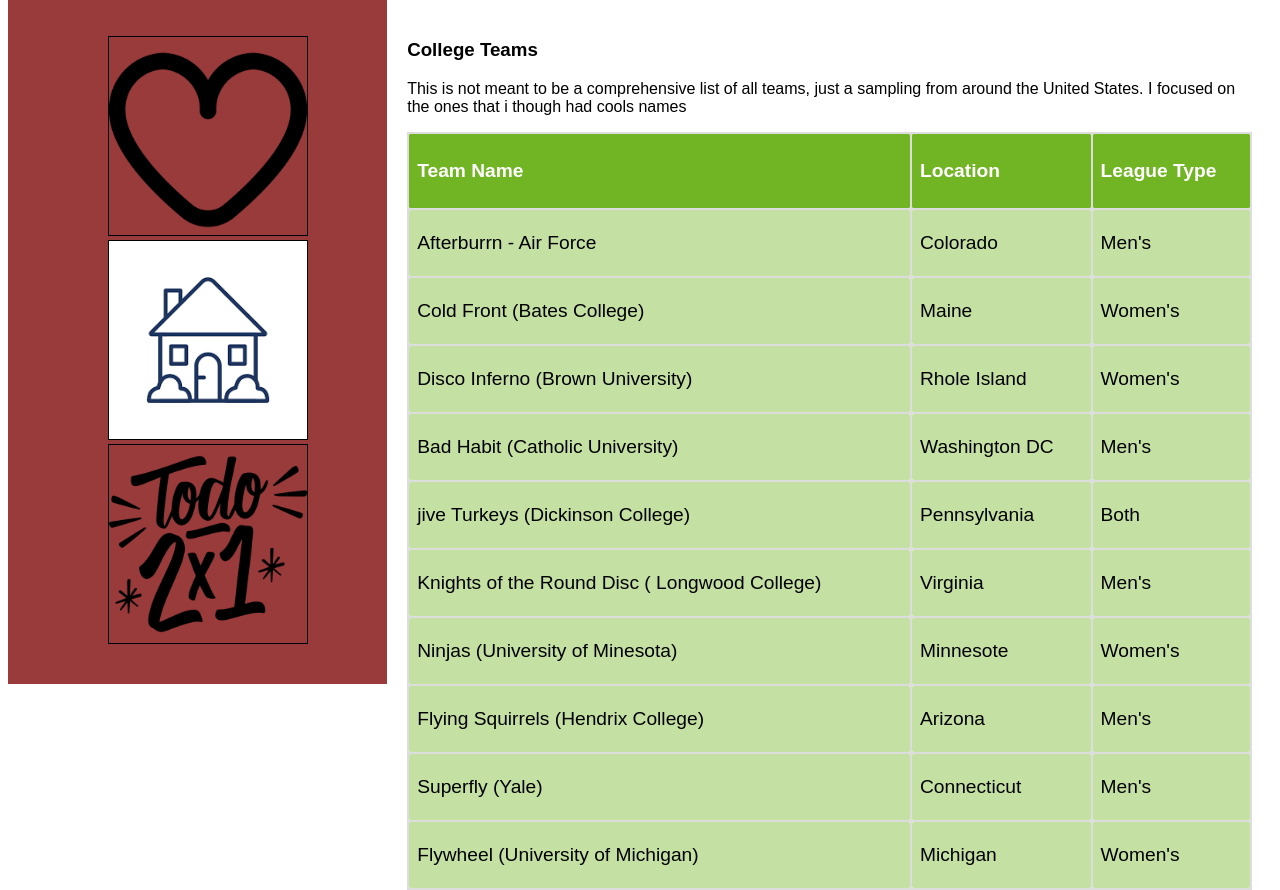
Repository: Tram-anh99/Blockchain_Funix
Page: CSS/Lab6_2.html
An editor plug-in stored every save of this project. The page is shown before and after a run of saves, followed by the edit.
The browser window is 1280 px wide. The pictures show the part of the page from y = 342 to 1232 px (the page is 1232 px tall).

Above is the page before, as saved 2023-07-20 00:51:03.

### CSS/Lab6_2.html
<!DOCTYPE html>
<html lang="en">
      <head>
            <title></title>
            <meta charset="UTF-8">
            <meta name="viewport" content="width=device-width, initial-scale=1">
            <link href="Lab6_2.css" rel="stylesheet">
      </head>
      <body>
            <header>
                  <h1>ULIMATE FRISBEE TEAMS</h1>
                  <div>
                        <p>Home</p>
                        <p>Teams</p>
                        <p>History</p>
                        <p>USA Ultimate</p>
                  </div>
            </header>
            <section>
                  <nav>
                        <ul>
                          <ol><img src="./img/heart.png" alt=""></ol>
                          <ol><img src="./img/images.png" alt=""></ol>
                          <ol><img src="./img/sales.png" alt=""></ol>
                        </ul>
                      </nav>

                      <article>
                        <h1>College Teams</h1>
                        <p>This is not meant to be a comprehensive list of all teams, just a sampling from around the United States. I focused on the ones that i though had cools names</p>
                        <table>
                              <tr>
                                    <th>Team Name</th>
                                    <th>Location</th>
                                    <th>League Type</th>
                              </tr>
                              <tr>
                                    <td>Afterburrn - Air Force</td>
                                    <td>Colorado</td>
                                    <td>Men's</td>
                              </tr>
                              <tr>
                                    <td>Cold Front (Bates College)</td>
                                    <td>Maine</td>
                                    <td>Women's</td>
                              </tr>
                              <tr>
                                    <td>Disco Inferno (Brown University)</td>
                                    <td>Rhole Island</td>
                                    <td>Women's</td>
                              </tr>
                              <tr>
                                    <td>Bad Habit (Catholic University)</td>
                                    <td>Washington DC</td>
                                    <td>Men's</td>
                              </tr>
                              <tr>
                                    <td>jive Turkeys (Dickinson College)</td>
                                    <td>Pennsylvania</td>
                                    <td>Both</td>
                              </tr>
                              <tr>
                                    <td>Knights of the Round Disc ( Longwood College)</td>
                                    <td>Virginia</td>
                                    <td>Men's</td>
                              </tr>
                              <tr>
                                    <td>Ninjas (University of Minesota)</td>
                                    <td>Minnesote</td>
                                    <td>Women's</td>
                              </tr>
                              <tr>
                                    <td>Flying Squirrels (Hendrix College)</td>
                                    <td>Arizona</td>
                                    <td>Men's</td>
                              </tr>
                              <tr>
                                    <td>Superfly (Yale)</td>
                                    <td>Connecticut</td>
                                    <td>Men's</td>
                              </tr>
                              <tr>
                                    <td>Flywheel (University of Michigan)</td>
                                    <td>Michigan</td>
                                    <td>Women's</td>
                              </tr>
                        </table>
                      </article>
            </section>
            <footer>

            </footer>
      </body>
</html>

### CSS/Lab6_2.css
* {
      box-sizing: border-box;
}

body {
      font-family: Arial, Helvetica, sans-serif;
}
header{
    /*
    margin: -20px;    */
    background-image:url("./img/img1.jpg") ;
    /* background-color: #666; */
    padding: 30px;
    text-align: center;
    font-size: 35px;
    color: white;
}
header h1 {
      text-align: center;
      font-style: inherit;
      font-size: larger;
      padding: 20px;
}
header p{
      margin: 30px;
      padding: 15px 35px;
      text-decoration: dotted;
      border-radius: 5px;
      opacity: inherit;
      text-align: center;
      display: inline-flex;
      justify-content:space-between;
      align-items: center;
      flex-flow: 1;
      background: rgba(60, 22, 228, 0.555);
      opacity: 5px;
}
nav  {
      /* margin-left: -7px;
      margin-right: 4px;
      float: left;
      width: 30%;
      height: 1000px;
      background: #ccc;
      padding: 20px;
      border: 1px solid red; */
      float: left;
      width: 30%;
      height: 100% ;
      background: #993b3b;
      padding: 20px;
    }
nav a{
      margin: 35px;
      padding: 15px 40px;
      border-radius: 5px;
      opacity: inherit;
      /* text-align: left; */
      display: inline-flex;
      justify-content:space-between;
      /* float: left; */
      align-items:flex-start;
      background: rgba(224, 228, 22, 0.555);
      opacity: 5px;
}
article{
      /* margin-right: 3px;
      margin-left: -6px;
      float: right;
      width: 70%;
      background: #ffffff;
      padding: 20px;
      border: 1px solid red; */
      float: left;
      padding: 20px;
      width: 70%;
      /* background-color: #f1f1f1; */
      height: 300px;
}
table {
      font:500;
      width: 100%;
      line-height: 50px;
      border-collapse: collapse;
      text-align: left;
      font-size: larger;
      border: 2px solid rgb(155, 194, 47);
      border-radius: 5px;
}
td,th{
      border: 2px solid #ddd;
      padding: 8px;
      border-radius: 5px;
}
th {
      padding-top: 12px;
      padding-bottom: 12px;
      text-align: left;
      background-color: #5daa04cb;
      color: white;
      border-radius: 5px;
}
tr{
      background-color: #5daa045d;
}
img{
      p
      width: 200px;
      height: 200px;
      border: 1px solid black;
}

After the next 4 saves:
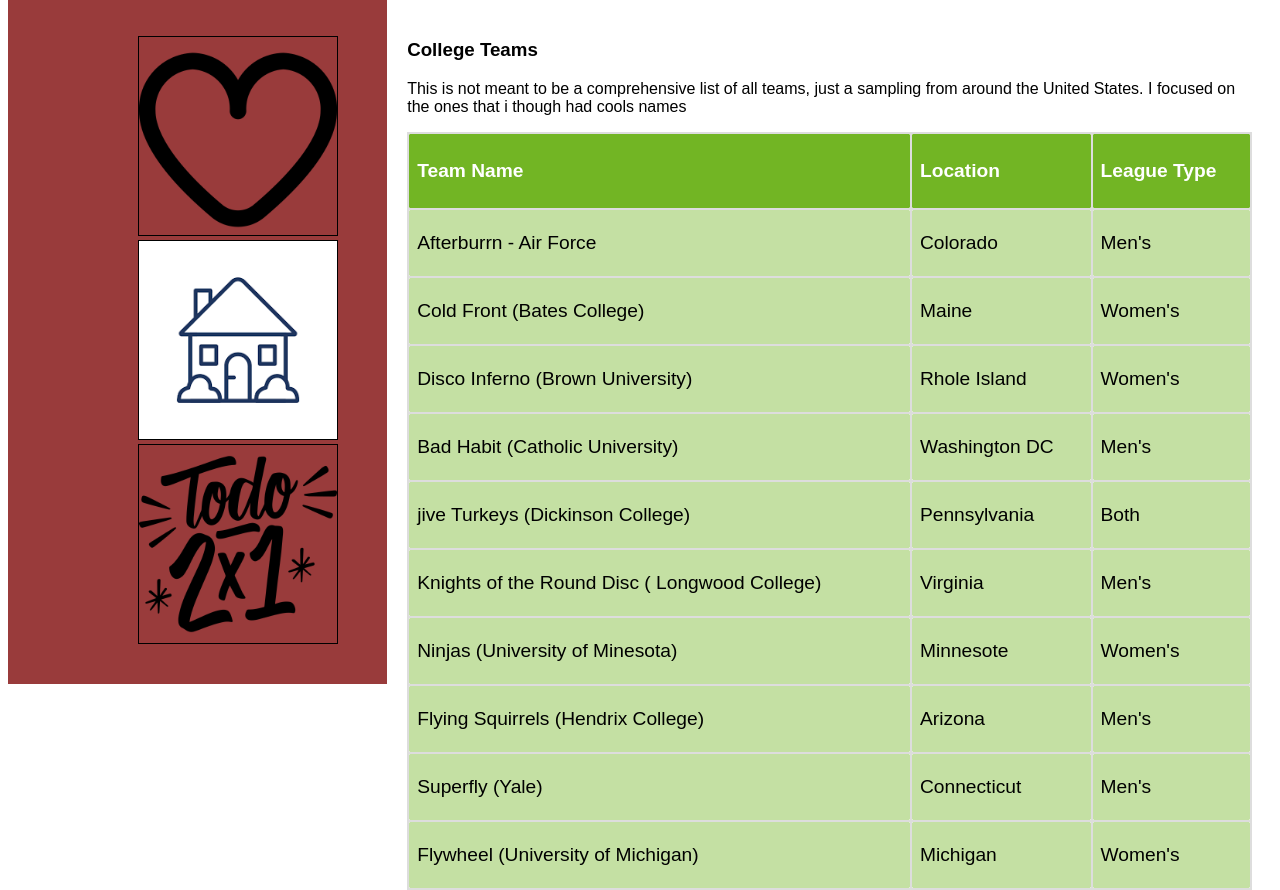
The 4 saves are shown as one change because they came seconds apart.
The last was saved 13 s later.
--- a/CSS/Lab6_2.css
+++ b/CSS/Lab6_2.css
@@ -104,7 +104,10 @@
       background-color: #5daa045d;
 }
 img{
-      p
+      position: display: inline-block;
+      position: relative;
+      left: 50%;
+      transform: translateX(-50%);;
       width: 200px;
       height: 200px;
       border: 1px solid black;
